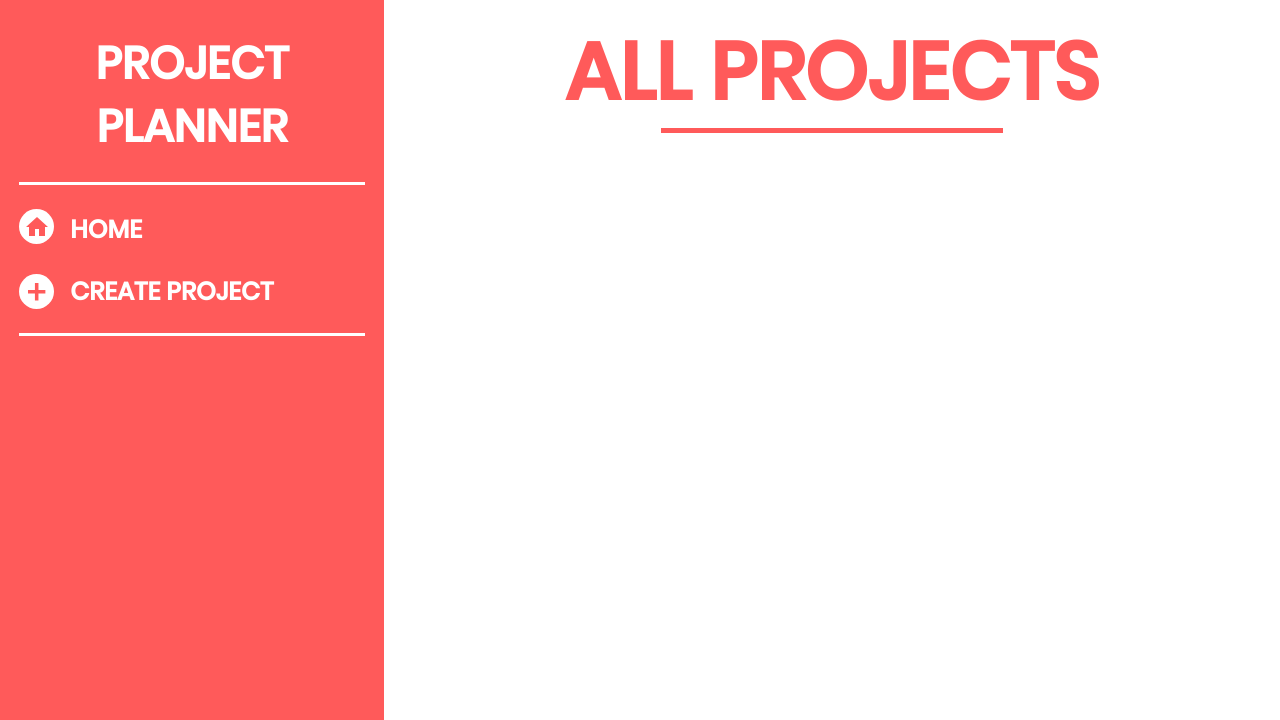
Repository: AzharMoosa/project-manager
Page: /
An editor plug-in stored every save of this project. The page is shown before and after the next save, followed by the edit.
The browser window is 1280 px wide. The pictures show the whole page.
The project was rebuilt for these pictures with package versions that can differ from the ones it lists, and the page was loaded fresh each time. A package was used in the major version that the imports need, not the one package.json lists. Also part of the build but not shown: src/components/current-project/Task.js, src/components/current-project/CurrentProject.js.

Above is the page before, as saved 2020-06-25 14:16:27.

### public/index.html
<!DOCTYPE html>
<html lang="en">
  <head>
    <meta charset="utf-8" />
    <link rel="icon" href="%PUBLIC_URL%/favicon.ico" />
    <meta name="viewport" content="width=device-width, initial-scale=1" />
    <meta name="theme-color" content="#000000" />
    <meta
      name="description"
      content="Web site created using create-react-app"
    />
    <link rel="apple-touch-icon" href="%PUBLIC_URL%/logo192.png" />

    <link rel="manifest" href="%PUBLIC_URL%/manifest.json" />

    <title>Project Planner</title>
  </head>
  <body>
    <noscript>You need to enable JavaScript to run this app.</noscript>
    <div id="root"></div>
  </body>
</html>

### src/App.js
import React from "react";
import Sidebar from "./components/sidebar/Siebar";
import Main from "./components/Main";
import Modal from "./components/modal/Modal";
import { ProjectProvider } from "./ProjectContext";
import { SelectedProjectProvider } from "./SelectedProjectContext";
import { BrowserRouter } from "react-router-dom";

import "./App.css";

function App() {
  return (
    <BrowserRouter>
      <ProjectProvider>
        <SelectedProjectProvider>
          <div className='container'>
            <Sidebar />
            <Main />
            <Modal />
          </div>
        </SelectedProjectProvider>
      </ProjectProvider>
    </BrowserRouter>
  );
}

export default App;

### src/components/sidebar/Siebar.js
import React from "react";
import Header from "./Header";
import ProjectList from "../project-list/ProjectList";

const Siebar = () => {
  return (
    <div className='sidebar'>
      <Header />
      <ProjectList />
    </div>
  );
};

export default Siebar;

### src/components/Main.js
import React from "react";
import { Switch, Route } from "react-router-dom";
import Home from "./home/Home";
import CurrentProject from "./current-project/CurrentProject";

const Main = () => {
  return (
    <Switch>
      <Route exact path='/' component={Home}></Route>
      <Route exact path='/project' component={CurrentProject}></Route>
    </Switch>
  );
};

export default Main;

### src/components/modal/Modal.js
import React, { useContext, useState } from "react";
import { ProjectContext } from "../../ProjectContext";

const Modal = () => {
  // eslint-disable-next-line
  const [projects, setProjects] = useContext(ProjectContext);
  const [projectTitle, setProjectTitle] = useState("");
  const [projectOverview, setProjectOverview] = useState("");

  const hidePopup = () => {
    let popup = document.querySelector(".create-project-popup");
    popup.classList.add("hide");
  };

  const createProject = (e) => {
    if (projectTitle === "") {
      return;
    }
    e.preventDefault();
    let newProject = {
      name: projectTitle,
      overview: projectOverview,
      tools: [],
      progress: 0,
      tasks: [],
      date: "",
      id: Math.floor(Math.random() * 100),
    };
    setProjects((projects) => [...projects, newProject]);
    setProjectTitle("");
    setProjectOverview("");
    clearTitleInput();
    clearOverviewInput();
    hidePopup();
  };

  const clearTitleInput = () => {
    let titleInput = document.querySelector(".title-input");
    titleInput.value = "";
  };

  const clearOverviewInput = () => {
    let overviewInput = document.querySelector(".overview-input");
    overviewInput.value = "";
  };

  return (
    <div className='create-project-popup hide'>
      <div className='create-project-popup-content'>
        <h1>CREATE PROJECT</h1>
        <form className='form-input'>
          <label htmlFor='title'>PROJECT TITLE</label>
          <input
            type='text'
            onChange={(e) => setProjectTitle(e.target.value)}
            className='title-input'
          />
          <label htmlFor='title'>PROJECT OVERVIEW</label>
          <textarea
            type='text'
            onChange={(e) => setProjectOverview(e.target.value)}
            className='overview-input'
          />
          <button className='create-btn' onClick={createProject}>
            CREATE
          </button>
        </form>
      </div>
    </div>
  );
};

export default Modal;

### src/ProjectContext.js
import React, { useState, createContext } from "react";

export const ProjectContext = createContext();

export const ProjectProvider = (props) => {
  const [projects, setProjects] = useState(
    localStorage.getItem("myValueInLocalStorage") || []
  );

  // const [projects, setProjects] = useState([
  //   {
  //     name: "Project Manager",
  //     overview:
  //       "A project management application which allows you to plan personal projects and track its progress.  Create detail plans of projects before developing projects.",
  //     tools: ["HTML", "CSS", "JAVASCRIPT", "REACT"],
  //     progress: 57,
  //     tasks: [
  //       { task: "Create Project Plans", complete: true, id: 1 },
  //       { task: "Todo List for Each Project", complete: false, id: 2 },
  //       { task: "Track Progress", complete: true, id: 3 },
  //       { task: "Priority List", complete: true, id: 4 },
  //       { task: "Choose Tools In Each Project", complete: false, id: 5 },
  //       { task: "Clean And Simple Design", complete: true, id: 6 },
  //       { task: "Use REACT", complete: false, id: 7 },
  //     ],
  //     date: "2020-06-26",
  //     id: 28392,
  //   },

  //   {
  //     name: "Expense Tracker",
  //     overview:
  //       "A expense tracker application which allows you to budget and track your savings.  Track what expenses you have.",
  //     tools: ["HTML", "CSS", "JAVASCRIPT", "REACT"],
  //     progress: 60,
  //     tasks: [
  //       { task: "Expenses In And Out", complete: true, id: 1 },
  //       { task: "Current Balance", complete: false, id: 2 },
  //       { task: "Highest Money Out", complete: true, id: 3 },
  //       { task: "Clean And Simple Design", complete: true, id: 4 },
  //       { task: "Use REACT", complete: false, id: 5 },
  //     ],
  //     date: "",
  //     id: 2032,
  //   },

  //   {
  //     name: "Fitness Application",
  //     overview:
  //       "A fitness application which can track workouts and meal plans. Plan exercise routines and meal plans all in one hub.",
  //     tools: [
  //       "HTML",
  //       "CSS",
  //       "JAVASCRIPT",
  //       "REACT",
  //       "NODEJS",
  //       "EXPRESS",
  //       "MONGODB",
  //     ],
  //     progress: 50,
  //     tasks: [
  //       { task: "Exercise Plan", complete: true, id: 1 },
  //       { task: "Diet Plan", complete: false, id: 2 },
  //       { task: "Clean And Simple Design", complete: true, id: 3 },
  //       { task: "Use REACT", complete: false, id: 4 },
  //     ],
  //     date: "2020-09-30",
  //     id: 203234,
  //   },

  //   {
  //     name: "Weather Application",
  //     overview:
  //       "A weather application which can track weather and climate. See weather and climate for different locations all around the world.",
  //     tools: ["HTML", "CSS", "JAVASCRIPT", "REACT", "ADOBE XD"],
  //     progress: 50,
  //     tasks: [
  //       { task: "Weather", complete: true, id: 1 },
  //       { task: "Temp, Humidity, Pressure", complete: false, id: 2 },
  //       { task: "Clean And Simple Design", complete: true, id: 3 },
  //       { task: "Use REACT", complete: false, id: 4 },
  //     ],
  //     date: "2020-16-12",
  //     id: 20327734,
  //   },

  //   {
  //     name: "Battleship",
  //     overview: "Battleship created in REACT and using Javascript Testing.",
  //     tools: ["HTML", "CSS", "JAVASCRIPT", "REACT", "ADOBE XD", "JEST"],
  //     progress: 100,
  //     tasks: [
  //       { task: "Battleship Game", complete: true, id: 1 },
  //       { task: "Using Testing", complete: true, id: 2 },
  //       { task: "Clean And Simple Design", complete: true, id: 3 },
  //       { task: "Use REACT", complete: true, id: 4 },
  //     ],
  //     date: "",
  //     id: 2027734,
  //   },
  // ]);

  React.useEffect(() => {
    localStorage.setItem("projects", projects);
  }, [projects]);

  return (
    <ProjectContext.Provider value={[projects, setProjects]}>
      {props.children}
    </ProjectContext.Provider>
  );
};

### src/SelectedProjectContext.js
import React, { useState, createContext } from "react";

export const SelectedProjectContext = createContext();

export const SelectedProjectProvider = (props) => {
  const [selectedProject, setSelectedProject] = useState({
    name: "Error 404",
    overview: "Create a new project by using the button on the left.",
    tools: ["Error 404"],
    progress: 0,
    tasks: [
      {
        task: "Create a new project by using the button on the left.",
        id: 1,
        complete: false,
      },
    ],
    color: "",
    date: "",
    id: 21,
  });

  return (
    <SelectedProjectContext.Provider
      value={[selectedProject, setSelectedProject]}
    >
      {props.children}
    </SelectedProjectContext.Provider>
  );
};

### src/App.css
:root {
  --red: #ff5a5a;
  --green: #76ffca;
  --blue: #76daff;
  --yellow: #fffa76;
  --purple: #ab76ff;
}

/* CSS RESET */

* {
  margin: 0;
  padding: 0;
  box-sizing: border-box;
}

/* Fonts */

@font-face {
  font-family: "Poppins-Med";
  src: url("./fonts/Poppins-Medium.ttf");
}

@font-face {
  font-family: "Poppins-Reg";
  src: url("./fonts/Poppins-Regular.ttf");
}

/* Body */

body {
  font-family: "Poppins-Reg";
  line-height: 1.4;
}

/* Utilities */

/* Bullet Points */

.white:before {
  content: " ";
  height: 12px;
  width: 12px;
  margin-right: 1rem;
  border-radius: 4px;
  background-color: #fff;
}

/* Container */
.container {
  display: flex;
}

/* Sidebar */
.sidebar {
  width: 30vw;
  background-color: var(--red);
  min-height: 100vh;
  color: #fff;
}

.title {
  font-size: 45px;
  font-family: "Poppins-Med";
  text-align: center;
  padding-top: 2rem;
}

.nav-btns::after,
.nav-btns:before {
  content: " ";
  display: block;
  border-bottom: 3px solid #fff;
  width: 100%;
  margin: 1.5rem auto;
}

.nav-btns {
  width: 90%;
  margin: auto;
}

.home-btn,
.create-project-btn {
  display: flex;
  align-items: center;
  margin-top: 1.5rem;
}

.home-btn h3,
.create-project-btn h3 {
  margin-left: 1rem;
  font-family: "Poppins-Med";
  font-size: 25px;
}

.home-btn svg,
.create-project-btn svg {
  cursor: pointer;
}

/* Home */

.home {
  width: 70vw;
  display: flex;
  flex-direction: column;
}

.home-title {
  font-size: 80px;
  font-family: "Poppins-Med";
  color: var(--red);
  text-align: center;
  margin-top: 1rem;
}

.home-title:after {
  content: " ";
  display: block;
  border-bottom: 5px solid var(--red);
  width: 342px;
  margin: 0 auto 1.5rem auto;
}

/* Selected Project */

.selected-project {
  width: 70vw;
  display: flex;
  flex-direction: column;
  padding: 2rem 3rem;
}

.selected-project-head {
  display: flex;
  align-items: center;
  justify-content: space-between;
}

.selected-project-title {
  color: var(--red);
  font-size: 60px;
  font-family: "Poppins-Med";
}

.selected-project h3 {
  font-size: 30px;
  font-family: "Poppins-Med";
  margin-top: 1rem;
}

.selected-project-heading:after,
.tools:before {
  content: " ";
  display: block;
  border-bottom: 1px solid #000;
  padding: 0.5rem 0;
}

.overview {
  color: #4e4e4e;
  font-size: 25px;
  font-family: "Poppins-Reg";
  padding: 0.5rem 0;
  outline: none;
  border: none;
  resize: none;
}

.tools-head {
  display: flex;
  justify-content: space-between;
  align-items: center;
  border-bottom: 1px solid #000;
  padding-bottom: 1rem;
}

.tools-input {
  margin-top: 1rem;
  display: flex;
  justify-content: center;
  align-items: center;
}

.add-tools {
  width: 346px;
  height: 29px;
  background-color: #f8f8f8;
  border: 1px solid #959595;
  border-radius: 15px;
  margin-right: 1rem;
  font-size: 15px;
  outline: none;
  padding: 0 1rem;
}

.add-tool-btn {
  cursor: pointer;
}

.tools-body {
  text-transform: uppercase;
  border-bottom: 1px solid #000;
}

.tools-body h3 {
  font-family: "Poppins-Reg";
  padding-bottom: 1rem;
  color: #4e4e4e;
  font-size: 25px;
}

.tasks-title {
  display: flex;
  align-items: center;
  border-bottom: 1px solid #000;
  padding-bottom: 1rem;
}

.bullet-point {
  border-radius: 50%;
  width: 41px;
  height: 41px;
  border: 3px solid #000;
  cursor: pointer;
  margin-right: 1rem;
}

.complete {
  background: var(--blue);
}

.not-complete {
  background: #fff;
}

.task {
  display: flex;
  justify-content: space-between;
  align-items: center;
}

.task-name {
  width: 100%;
  display: flex;
  align-items: center;
}

.task-name h3 {
  font-size: 25px;
  font-family: "Poppins-Reg";
  margin-bottom: 1rem;
}

.tasks {
  margin: 1rem 0;
}

.delete-task-btn {
  cursor: pointer;
  border-radius: 50%;
  width: 33px;
  height: 33px;
  border: 2px solid #000;
  cursor: pointer;
  background-color: var(--red);
  color: #fff;
  display: flex;
  justify-content: center;
  align-items: center;
}

.add-tasks {
  border-top: 1px solid #000;
  border-bottom: 1px solid #000;
  padding: 1rem 0;
  display: flex;
  align-items: center;
}

.add-tasks input {
  background: transparent;
  font-family: "Poppins-Med";
  border: none;
  font-size: 30px;
  outline: none;
  color: #000;
  margin-left: 1rem;
}

.add-tasks input::placeholder {
  color: #000;
  opacity: 0.7;
}

.add-tasks-btn {
  cursor: pointer;
  outline: none;
}

.date {
  display: flex;
  align-items: center;
  border-bottom: 1px solid #000;
}

.date h3 {
  margin-bottom: 1rem;
  margin-right: 1rem;
}

.date input {
  width: 200px;
  height: 46px;
  border-radius: 14px;
  border: 1px solid #707070;
  padding: 0 1rem;
  font-size: 16px;
}

/* Project Sidebar List */

.project-side {
  width: 85%;
  margin: 2rem auto;
  display: flex;
  align-items: center;
  cursor: pointer;
}

.project-side h3 {
  font-size: 25px;
}

/* Progress Bar */
.progressbar {
  width: 90%;
  background-color: #fff;
  border: 2px solid #2f2f2f;
  border-radius: 17px;
  margin: 0 auto 2rem auto;
}

.progressbar > div {
  background-color: var(--green);
  height: 33px;
  border-radius: 17px;
}

.progressbar > div h3 {
  display: flex;
  justify-content: flex-end;
  align-items: center;
  line-height: 1.8;
  margin-right: 1rem;
}

/* Project List */

.project-title {
  width: 90%;
  margin: 1.2rem auto;
  display: flex;
  justify-content: space-between;
}

.project-title h3 {
  font-size: 25px;
  font-family: "Poppins-Med";
}

.project-title h4 {
  font-size: 20px;
  font-family: "Poppins-Reg";
  color: #505050;
}

/* Create Project Popup */

.hide {
  display: none !important;
}

.create-project-popup {
  display: flex;
  justify-content: center;
  align-items: center;
  position: fixed;
  z-index: 1;
  left: 0;
  top: 0;
  width: 100%;
  height: 100%;
  background-color: rgb(0, 0, 0);
  background-color: rgba(99, 99, 99, 0.6);
}

.create-project-popup-content {
  background-color: var(--red);
  padding: 20px;
  border: 3px solid #343434;
  min-width: 526px;
  min-height: 617px;
  color: #fff;
  -webkit-box-shadow: 10px 10px 6px 0px rgba(0, 0, 0, 0.75);
  -moz-box-shadow: 10px 10px 6px 0px rgba(0, 0, 0, 0.75);
  box-shadow: 10px 10px 6px 0px rgba(0, 0, 0, 0.75);
}

.create-project-popup-content h1 {
  text-align: center;
}

.create-project-popup-content h1:after {
  content: " ";
  display: block;
  border-bottom: 3px solid #fff;
  width: 250px;
  margin: 0 auto 1.5rem auto;
}

.form-input {
  width: 100%;
  display: flex;
  flex-direction: column;
  justify-content: center;
}

.form-input label {
  font-size: 25px;
  font-family: "Poppins-Med";
}

.form-input input {
  height: 46px;
  background-color: transparent;
  border: 2px solid #fff;
  outline: none;
  color: #fff;
  font-size: 21px;
  padding: 0 0.5rem;
  width: 100%;
  margin-bottom: 2rem;
}

.form-input textarea {
  height: 202px;
  background-color: transparent;
  border: 2px solid #fff;
  outline: none;
  color: #fff;
  font-size: 21px;
  padding: 0.5rem 0.5rem;
  width: 100%;
  margin-bottom: 2rem;
  font-family: "Poppins-Reg";
}

.create-btn {
  background-color: var(--green);
  width: 155px;
  height: 48px;
  border-radius: 24px;
  border: none;
  font-size: 22px;
  margin: 2rem auto 0 auto;
  cursor: pointer;
  outline: none;
}

.delete-btn {
  background-color: var(--red);
  width: 155px;
  height: 48px;
  border-radius: 24px;
  border: none;
  font-size: 22px;
  cursor: pointer;
  outline: none;
  color: #fff;
}

### src/components/sidebar/Header.js
import React, { useContext } from "react";
import { SelectedProjectContext } from "../../SelectedProjectContext";
import { ProjectContext } from "../../ProjectContext";
import { Link } from "react-router-dom";

const Header = () => {
  // eslint-disable-next-line
  const [selectedProject, setSelectedProject] = useContext(
    SelectedProjectContext
  );

  const [projects, setProjects] = useContext(ProjectContext);

  const updateProjects = () => {
    let updatedArray = [...projects];
    let i;
    updatedArray.map((p) =>
      p.name === selectedProject.name ? (i = projects.indexOf(p)) : null
    );
    updatedArray[i] = selectedProject;
    setProjects(updatedArray);
  };

  const displayPopup = () => {
    let popup = document.querySelector(".create-project-popup");
    popup.classList.remove("hide");
  };

  return (
    <div>
      <h1 className='title'>PROJECT PLANNER</h1>
      <div className='nav-btns'>
        <div className='home-btn'>
          <Link to='/'>
            <svg
              xmlns='http://www.w3.org/2000/svg'
              width='35'
              height='35'
              viewBox='0 0 35 35'
              onClick={updateProjects}
            >
              <g
                id='Home_Btn'
                data-name='Home Btn'
                transform='translate(-139 -182)'
              >
                <circle
                  id='Ellipse_1'
                  data-name='Ellipse 1'
                  cx='17.5'
                  cy='17.5'
                  r='17.5'
                  transform='translate(139 182)'
                  fill='#fff'
                />
                <path
                  id='icons8-home'
                  d='M12,2.1,1,12H4v9h6V14h4v7h6V12h3Z'
                  transform='translate(145 187.9)'
                  fill='#ff5a5a'
                />
              </g>
            </svg>
          </Link>
          <h3>HOME</h3>
        </div>

        <div className='create-project-btn'>
          <svg
            xmlns='http://www.w3.org/2000/svg'
            width='35'
            height='35'
            viewBox='0 0 35 35'
            onClick={displayPopup}
          >
            <g id='Group_6' data-name='Group 6' transform='translate(-50 -242)'>
              <circle
                id='Ellipse_2'
                data-name='Ellipse 2'
                cx='17.5'
                cy='17.5'
                r='17.5'
                transform='translate(50 242)'
                fill='#fff'
              />
              <path
                id='icons8-plus'
                d='M8.922,2V8.922H2v1.538H8.922v6.922h1.538V10.461h6.922V8.922H10.461V2Z'
                transform='translate(58 250)'
                fill='#ff5a5a'
                stroke='#ff5a5a'
                strokeWidth='2'
                fillRule='evenodd'
              />
            </g>
          </svg>
          <h3>CREATE PROJECT</h3>
        </div>
      </div>
    </div>
  );
};

export default Header;

### src/components/project-list/ProjectList.js
import React, { useContext } from "react";
import { ProjectContext } from "../../ProjectContext";
import ProjectSide from "./ProjectSide";

const ProjectList = () => {
  // eslint-disable-next-line
  const [projects, setProjects] = useContext(ProjectContext);

  return (
    <div>
      {projects.map((project) => (
        <ProjectSide
          name={project.name}
          color={project.color}
          key={project.id}
          project={project}
        />
      ))}
    </div>
  );
};

export default ProjectList;

### src/components/home/Home.js
import React, { useContext } from "react";
import ProgectProgress from "./ProjectProgress";
import { ProjectContext } from "../../ProjectContext";

const Home = () => {
  // eslint-disable-next-line
  const [projects, setProjects] = useContext(ProjectContext);

  return (
    <div className='home'>
      <h1 className='home-title'>ALL PROJECTS</h1>
      {projects.map((project) => (
        <ProgectProgress
          name={project.name}
          date={project.date}
          progress={project.progress}
          key={project.id}
          project={project}
        />
      ))}
    </div>
  );
};

export default Home;

### src/components/project-list/ProjectSide.js
import React, { useContext } from "react";
import { SelectedProjectContext } from "../../SelectedProjectContext";
import { ProjectContext } from "../../ProjectContext";
import { Link } from "react-router-dom";

const Project = ({ name, color, project }) => {
  // eslint-disable-next-line
  const [selectedProject, setSelectedProject] = useContext(
    SelectedProjectContext
  );

  const [projects, setProjects] = useContext(ProjectContext);

  const updateProjects = () => {
    let updatedArray = [...projects];
    let i;
    updatedArray.map((p) =>
      p.name === selectedProject.name ? (i = projects.indexOf(p)) : null
    );
    updatedArray[i] = selectedProject;
    setProjects(updatedArray);
  };

  return (
    <Link to='/project' style={{ textDecoration: "none", color: "#fff" }}>
      <div className={`project-side white`}>
        <h3
          onClick={() => {
            updateProjects();
            setSelectedProject(project);
          }}
        >
          {name}
        </h3>
      </div>
    </Link>
  );
};

export default Project;

### src/components/home/ProjectProgress.js
import React, { useContext } from "react";
import { SelectedProjectContext } from "../../SelectedProjectContext";
import { Link } from "react-router-dom";
import ProgressBar from "./ProgressBar";

const ProgectProgress = ({ name, date, progress, project }) => {
  // eslint-disable-next-line
  const [selectedProject, setSelectedProject] = useContext(
    SelectedProjectContext
  );
  return (
    <div className='project-progress'>
      <div className='project-title'>
        <Link to='/project' style={{ textDecoration: "none", color: "#000" }}>
          <h3 onClick={() => setSelectedProject(project)}>{name}</h3>
        </Link>
        <h4>{date.replace(/-/g, "/")}</h4>
      </div>
      <ProgressBar progress={progress} />
    </div>
  );
};

export default ProgectProgress;

### src/components/home/ProgressBar.js
import React from "react";

const ProgressBar = ({ progress }) => {
  return (
    <div className='progressbar'>
      <div
        style={
          progress > 6
            ? { width: `${progress}%` }
            : { width: "6%", backgroundColor: "#fff" }
        }
      >
        <h3>{progress} %</h3>
      </div>
    </div>
  );
};

export default ProgressBar;

Loaded but not shown: src/index.js (common file)

After the next save:
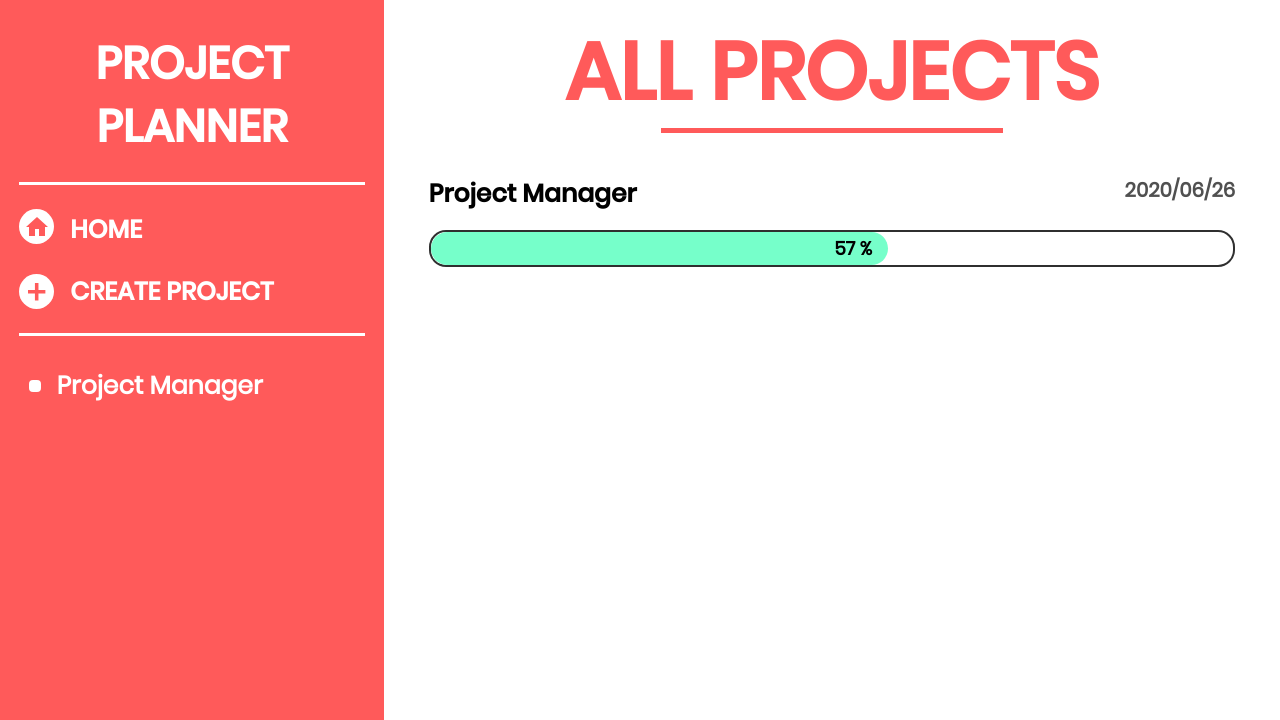
Saved 27 s later.
--- a/src/ProjectContext.js
+++ b/src/ProjectContext.js
@@ -4,7 +4,26 @@ export const ProjectContext = createContext();
 
 export const ProjectProvider = (props) => {
   const [projects, setProjects] = useState(
-    localStorage.getItem("myValueInLocalStorage") || []
+    localStorage.getItem("myValueInLocalStorage") || [
+      {
+        name: "Project Manager",
+        overview:
+          "A project management application which allows you to plan personal projects and track its progress.  Create detail plans of projects before developing projects.",
+        tools: ["HTML", "CSS", "JAVASCRIPT", "REACT"],
+        progress: 57,
+        tasks: [
+          { task: "Create Project Plans", complete: true, id: 1 },
+          { task: "Todo List for Each Project", complete: false, id: 2 },
+          { task: "Track Progress", complete: true, id: 3 },
+          { task: "Priority List", complete: true, id: 4 },
+          { task: "Choose Tools In Each Project", complete: false, id: 5 },
+          { task: "Clean And Simple Design", complete: true, id: 6 },
+          { task: "Use REACT", complete: false, id: 7 },
+        ],
+        date: "2020-06-26",
+        id: 28392,
+      },
+    ]
   );
 
   // const [projects, setProjects] = useState([
